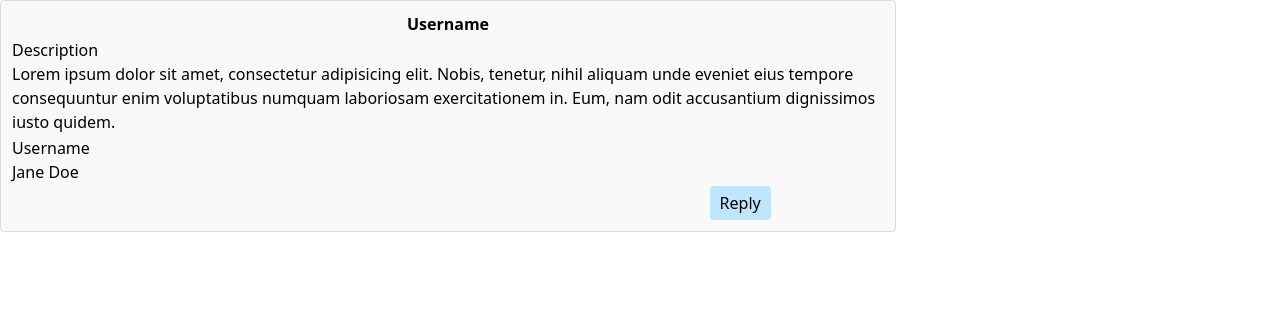
Repository: Yahya9102/Java22-ux22-Sideproject-main
Page: /
An editor plug-in stored every save of this project. The page is shown before and after the next save, followed by the edit.
The browser window is 1280 px wide. The pictures show the whole page.
The project was rebuilt for these pictures with package versions that can differ from the ones it lists, and the page was loaded fresh each time. The framework's server and built-in components were replaced by stand-ins that run in the browser. Also part of the build but not shown: next.config.js.

Above is the page before, as saved 2023-04-13 10:21:13.

### pages/index.tsx
import { NextPage } from "next"
import Body from "@/p-components/body"

interface Props {}

const Index: NextPage<Props> = ({}) => {
  return (
    <div>
      <Body />
    </div>
  )
}

export default Index

### styles/globals.css
@tailwind base;
@tailwind components;
@tailwind utilities;
/*
:root {
  --max-width: 1100px;
  --border-radius: 12px;
  --font-mono: ui-monospace, Menlo, Monaco, "Cascadia Mono", "Segoe UI Mono",
    "Roboto Mono", "Oxygen Mono", "Ubuntu Monospace", "Source Code Pro",
    "Fira Mono", "Droid Sans Mono", "Courier New", monospace;

  --foreground-rgb: 0, 0, 0;
  --background-start-rgb: 214, 219, 220;
  --background-end-rgb: 255, 255, 255;

  --primary-glow: conic-gradient(
    from 180deg at 50% 50%,
    #16abff33 0deg,
    #0885ff33 55deg,
    #54d6ff33 120deg,
    #0071ff33 160deg,
    transparent 360deg
  );
  --secondary-glow: radial-gradient(
    rgba(255, 255, 255, 1),
    rgba(255, 255, 255, 0)
  );

  --tile-start-rgb: 239, 245, 249;
  --tile-end-rgb: 228, 232, 233;
  --tile-border: conic-gradient(
    #00000080,
    #00000040,
    #00000030,
    #00000020,
    #00000010,
    #00000010,
    #00000080
  );

  --callout-rgb: 238, 240, 241;
  --callout-border-rgb: 172, 175, 176;
  --card-rgb: 180, 185, 188;
  --card-border-rgb: 131, 134, 135;
}

@media (prefers-color-scheme: dark) {
  :root {
    --foreground-rgb: 255, 255, 255;
    --background-start-rgb: 0, 0, 0;
    --background-end-rgb: 0, 0, 0;

    --primary-glow: radial-gradient(rgba(1, 65, 255, 0.4), rgba(1, 65, 255, 0));
    --secondary-glow: linear-gradient(
      to bottom right,
      rgba(1, 65, 255, 0),
      rgba(1, 65, 255, 0),
      rgba(1, 65, 255, 0.3)
    );

    --tile-start-rgb: 2, 13, 46;
    --tile-end-rgb: 2, 5, 19;
    --tile-border: conic-gradient(
      #ffffff80,
      #ffffff40,
      #ffffff30,
      #ffffff20,
      #ffffff10,
      #ffffff10,
      #ffffff80
    );

    --callout-rgb: 20, 20, 20;
    --callout-border-rgb: 108, 108, 108;
    --card-rgb: 100, 100, 100;
    --card-border-rgb: 200, 200, 200;
  }
}

* {
  box-sizing: border-box;
  padding: 0;
  margin: 0;
}

html,
body {
  max-width: 100vw;
  overflow-x: hidden;
}

body {
  color: rgb(var(--foreground-rgb));
  background: linear-gradient(
      to bottom,
      transparent,
      rgb(var(--background-end-rgb))
    )
    rgb(var(--background-start-rgb));
}

a {
  color: inherit;
  text-decoration: none;
}

@media (prefers-color-scheme: dark) {
  html {
    color-scheme: dark;
  }
}
*/

### p-components/body.tsx
import { NextPage } from "next"
import styles from "p-components/styles/body.module.css"

interface Props {}

const Body: NextPage<Props> = ({}) => {
  return (
    <fieldset className={styles.fieldset_body}>
      <table>
        <thead>
          <tr>
            <th className={styles.tableHeader_body}>Username</th>
          </tr>
        </thead>

        <tbody>
          <tr>
            <td>
              <fieldset className={styles.fieldset_row}>
                <legend>Description</legend>
                <p>
                  Lorem ipsum dolor sit amet, consectetur adipisicing elit.
                  Nobis, tenetur, nihil aliquam unde eveniet eius tempore
                  consequuntur enim voluptatibus numquam laboriosam
                  exercitationem in. Eum, nam odit accusantium dignissimos iusto
                  quidem.
                </p>
              </fieldset>
            </td>
          </tr>
          <tr>
            <td>
              <fieldset className={styles.fieldset_row}>
                <legend>Username</legend>
                <p>Jane Doe</p>
              </fieldset>
            </td>
          </tr>
          <tr>
            <td>
              <button className={styles.table_button}>Reply</button>
            </td>
          </tr>
        </tbody>
      </table>
    </fieldset>
  )
}

export default Body

### p-components/styles/body.module.css
/* Add a background color and border to the fieldset */
.fieldset_body {
  background-color: #f9f9f9;
  border: 1px solid #ddd;
  border-radius: 4px;
  padding: 10px;
  width: 70%;
}

.table_button {
  background-color: #bfe6ff;
  border-radius: 4px;
  padding: 5px 10px;
  margin-left: 80%;
}

Loaded but not shown: pages/_app.tsx (common file); pages/_document.tsx (common file); tailwind.config.js (common file)

After the next save:
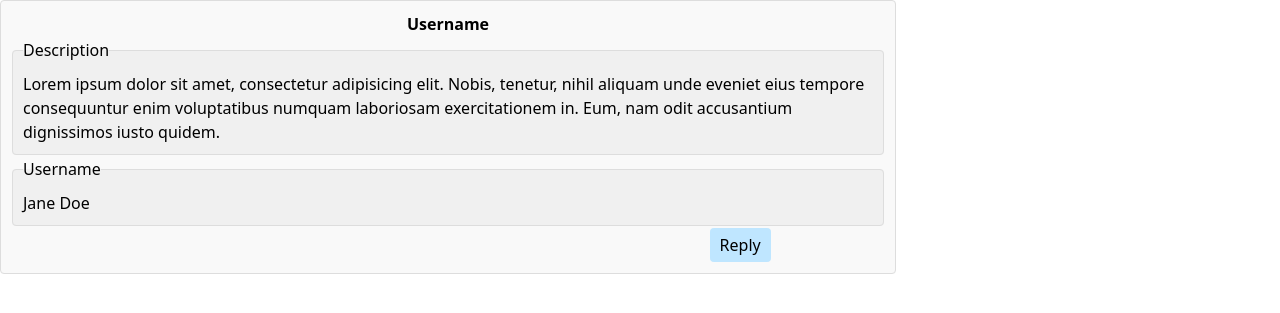
Saved 20 s later.
--- a/p-components/styles/body.module.css
+++ b/p-components/styles/body.module.css
@@ -13,3 +13,10 @@
   padding: 5px 10px;
   margin-left: 80%;
 }
+
+.fieldset_row {
+  background-color: #f0f0f0;
+  border: 1px solid #ddd;
+  border-radius: 4px;
+  padding: 10px;
+}
